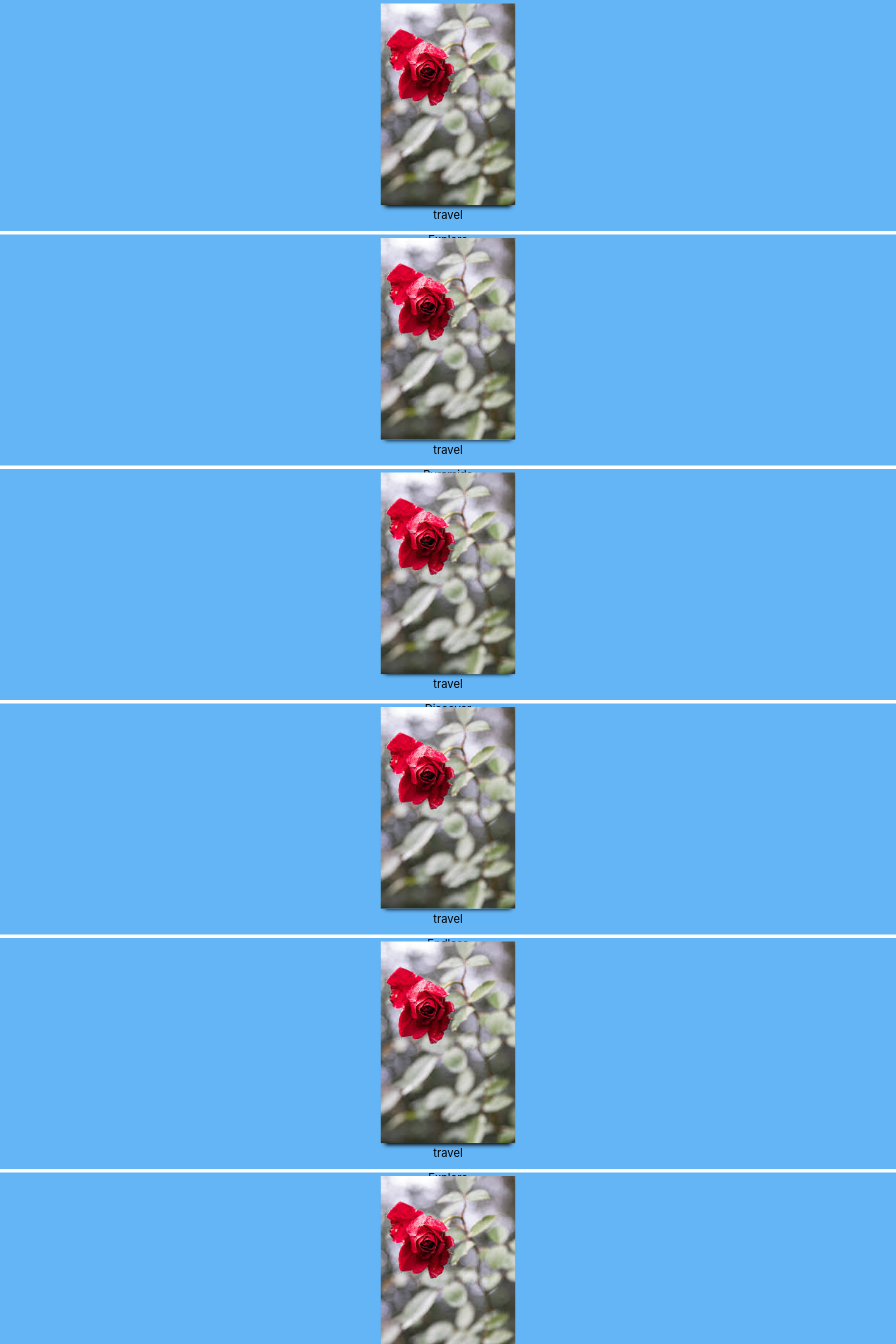
Repository: vakharia5/Preview
Page: /
The author's editor kept a copy of each file at every save. The page is drawn from the files as they stood at one save, then again after the next save.
The browser window is 1280 px wide. The pictures show the part of the page from y = 0 to 1920 px (the page is 2698 px tall), at 70% of full size.
The project was rebuilt for these pictures with package versions that can differ from the ones it lists, and the page was loaded fresh each time.

Above is the page before, as saved 2020-06-22 15:19:28.

### src/App.js
import React from 'react';
import logo from './logo.svg';
import './App.css';
import CardList from './components/CardList';
import './assets/css/Style.css';

function App() {
  return (
    <div className="App">

    <CardList/>


    </div>
  );
}

export default App;

### src/components/CardList.js
import React, { Component } from 'react'
import {Card,Container,Row,Col} from 'react-bootstrap';
import img from '../assets/Images/download.jpg';
import Data from '../assets/data.json';

class CardList extends Component {
    render() {
        return (
   <div>
   <Container>
   <Row sm={1} md={2} lg={4}>
    {console.log(Data)}
    { Data.map(data =>
    <Card  border="light" className = "shadow-box-example hoverable">
      <Card.Img src={img} alt="Card image" className = "Image" />
      <Card.ImgOverlay>
        <Card.Title>{data.title}</Card.Title>
        <Card.Text>
        {data.name}
        </Card.Text>
      </Card.ImgOverlay>
    </Card>)

}

</Row>
</Container>
      </div>
        )
        }
}
export default CardList

### src/assets/css/Style.css

.card{
    height: 20rem;
    padding: 5px;
    margin-bottom: 5px;

}

.Image {
    height: 18rem;
    box-shadow: 0 8px 6px -6px black;

}

.cardImage:hover{
    box-shadow: 0px 8px  rgba(252, 1, 1, 0.20);
}
/* .card:hover{
    box-shadow: 0px 8px  rgba(252, 1, 1, 0.20);
} */

.shadow-box-example {

    background-color: #64b5f6;
  }

### src/assets/data.json
[
    {
        "id": 1,
        "title" : "travel",
        "name": "Explore",
        "image": ""
    },
   {
        "id": 2,
        "title" : "travel",
        "name": "Pyramids",
        "image": ""
    },
    {
        "id": 3,
        "title" : "travel",
        "name": "Discover",
        "image": ""
    },
    {
        "id": 4,
        "title" : "travel",
        "name": "Endless",
        "image": ""
    },
     {
        "id": 5,
        "title" : "travel",
        "name": "Explore",
        "image": ""
    },
    {
        "id": 6,
        "title" : "travel",
        "name": "Pyramids",
        "image": ""

    },
    {
        "id": 7,
        "title" : "travel",
        "name": "Discover",
        "image": ""

    },
    {
        "id": 8,
        "title" : "travel",
        "name": "Endless",
        "image": ""
    }

]

Loaded but not shown: src/index.js (common file); src/index.css (common file); src/serviceWorker.js (common file); src/App.css (common file)

After the next save:
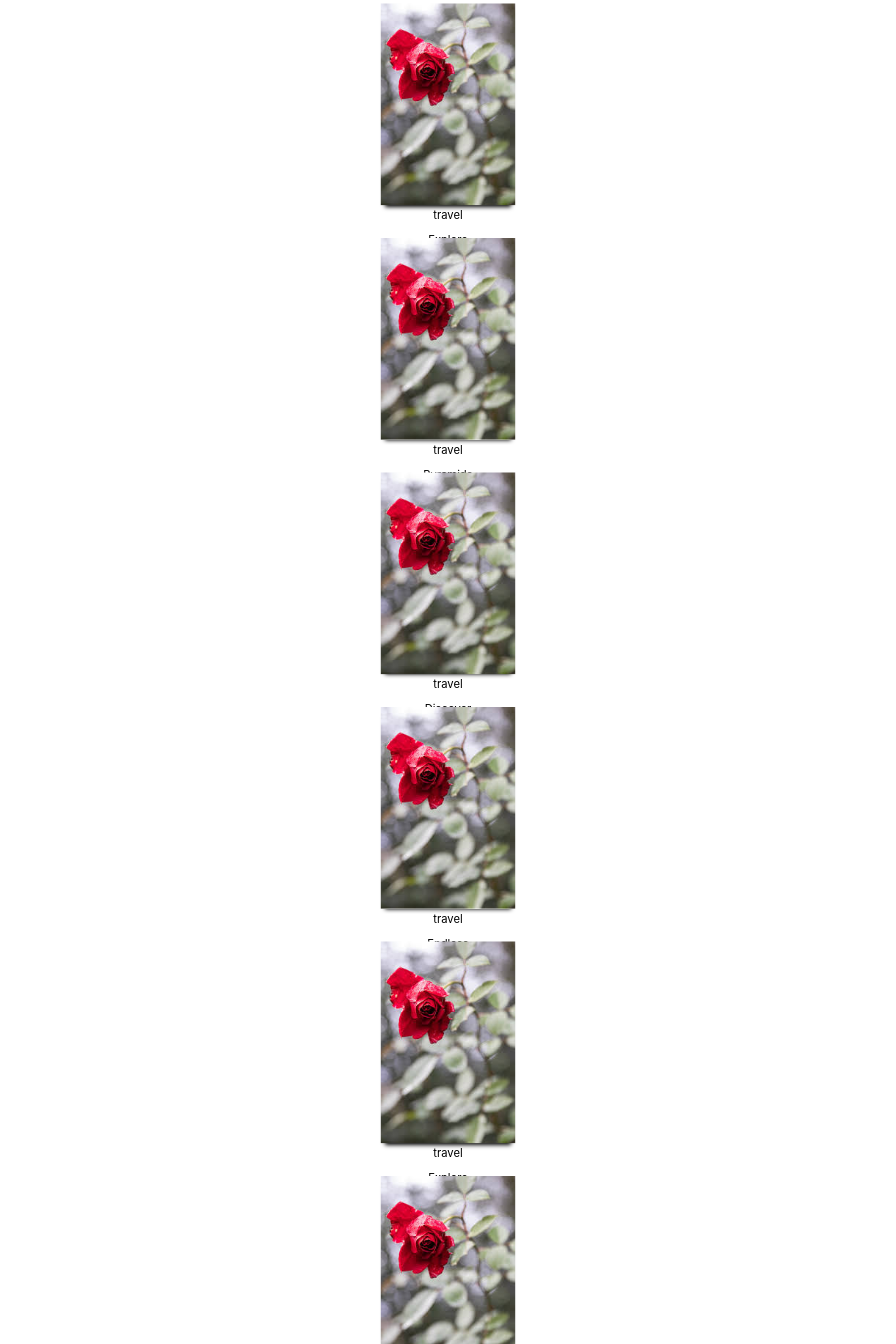
Saved 11 s later.
--- a/src/components/CardList.js
+++ b/src/components/CardList.js
@@ -11,7 +11,7 @@ class CardList extends Component {
    <Row sm={1} md={2} lg={4}>
     {console.log(Data)}
     { Data.map(data =>
-    <Card  border="light" className = "shadow-box-example hoverable">
+    <Card  border="light" >
       <Card.Img src={img} alt="Card image" className = "Image" />
       <Card.ImgOverlay>
         <Card.Title>{data.title}</Card.Title>
